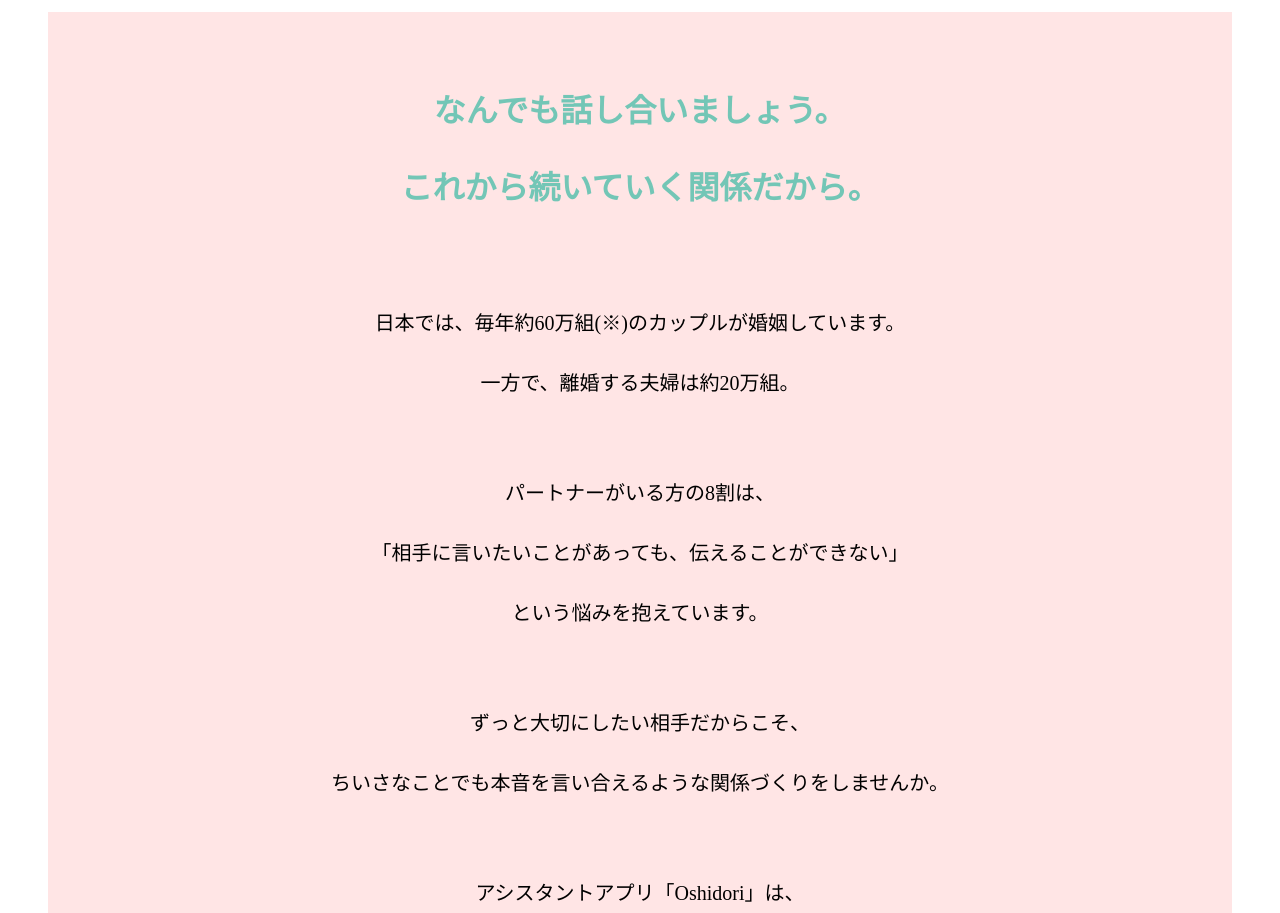
Repository: YamaTatsu10969/Oshidori_LP
Page: Oshidori.html
These files come from the project's save history. The page is drawn as it stood at one moment and after a run of saves; the edit follows.
The browser window is 1280 px wide. The pictures show the part of the page from y = 0 to 913 px (the page is 3272 px tall before and 2492 px after).
A picture or video elsewhere on the page could not be fetched, so the positions and the page height are approximate.

Above is the page before, as saved 2019-05-25 23:47:35.

### Oshidori.html
<!DOCTYPE html>
<html lang="ja">

<head>
    <meta charset="utf8" />
    <meta data-n-head="true" data-hid="viewport" name="viewport" content="width=device-width, initial-scale=1" />

    <!-- 外部CSS読み込み -->
    <link rel="stylesheet" type="text/css" href="oshidori.css" />
    <link rel="stylesheet" type="text/css" href="oshidori.css" />
    <title>Oshidori</title>
</head>

<body>
    <blockquote>

        <div class="common-container">
            <div class="couple-discription-title">
                <p>
                    なんでも話し合いましょう。
                </p>
                <p>これから続いていく関係だから。</p>
            </div>
            <div class="couple-discription">
                <p>日本では、毎年約60万組(※)のカップルが婚姻しています。</p>
                <p>一方で、離婚する夫婦は約20万組。</p>
                <br /><br />
                <p>パートナーがいる方の8割は、</p>
                <p>「相手に言いたいことがあっても、伝えることができない」</p>
                <p>という悩みを抱えています。</p>
                <br /><br />
                <p>ずっと大切にしたい相手だからこそ、</p>
                <p>
                    ちいさなことでも本音を言い合えるような関係づくりをしませんか。
                </p>
                <br /><br />
                <p>アシスタントアプリ「Oshidori」は、</p>
                <p>パートナーとの素敵な関係づくりを応援します。</p>
            </div>
            <div class="data-annotation">
                <p>
                    ※1 厚生労働省 平成30年人口動態統計の年間推計
                </p>
                <p>
                    ※2 パートナーがいる方400名にアンケート
                </p>
            </div>
        </div>

        <div class="common-container">
            <div class="category-title">アプリの機能</div>
            <div class="function-container">
                <div class="function-title-container">
                    <div class="function-number-container">
                        <div class="function-number-circle">
                            <p class="function-number">1</p>
                        </div>
                    </div>
                    <div class="function-title-box">
                        <p class="function-sub-title">パートナーにお手紙を送る</p>
                        <p class="function-main-title">メッセンジャー</p>
                    </div>
                </div>
                <div class="function-second-container">
                    <div class="discription-container">
                        <p class="discription">
                            キャラクター「おしどりちゃん」に、<br />パートナーに言いたいことを伝えましょう。<br /><br />日々の感謝も、<br />ごめんなさいも、<br />直接は言いにくいことも。<br /><br />おしどりちゃんがあなたに代わって<br />メッセージをお届けします。
                        </p>
                    </div>
                    <div class="screenshot-container">
                        <img class="screenshot"
                            src="https://storage.googleapis.com/production-os-assets/assets/b4ccea48-72f2-408b-b13f-607bd91c3bba" />
                    </div>
                </div>
            </div>
            <div class="function-container">
                <div class="function-title-container">
                    <div class="function-number-container">
                        <div class="function-number-circle">
                            <p class="function-number">2</p>
                        </div>
                    </div>
                    <div class="function-title-box">
                        <p class="function-sub-title">みんなのお手紙が見れる</p>
                        <p class="function-main-title">タイムライン</p>
                    </div>
                </div>
                <div class="function-second-container">
                    <div class="discription-container">
                        <p class="discription">
                            「みんなは、どんな風にパートナーと<br />コミュニケーションを取っているんだろう」
                            <br /><br />アプリでは、他のひとがどんなことを日々<br />パートナーに伝えているのか<br />匿名のタイムラインを見ることができます。<br /><br />ありがとうのバリエーションを増やしたり、<br />パートナーへのお願いごとの参考にしたり。<br /><br />いいねの話する？どうしよ。
                        </p>
                    </div>
                    <div class="screenshot-container">
                        <img class="screenshot"
                            src="https://storage.googleapis.com/production-os-assets/assets/b410fa60-d9aa-4390-a7ce-60d663a021e7" />
                    </div>
                </div>
            </div>
        </div>

        <div class="common-container">
            <div class="couple-discription-title">
                <p>
                    はじめよー！
                </p>
            </div>
            <div class="app-store-container">
                <img
                    src="https://storage.googleapis.com/production-os-assets/assets/0e5cd2e5-9d30-45c1-a054-06c7d8aa53ff" />
            </div>
        </div>

        <div class="common-container">
            <div class="category-title">
                制作者紹介
            </div>
            <div class="developer-container"></div>
        </div>
        <blockquote>

</body>

</html>

### Oshidori.css
@charset "UTF-8";

/* なんでも話し合いましょう、のところ*/
.couple-discription-title {
    padding: 20px;
}

@media screen and (max-width: 750px) {
    .couple-discription-title {
        padding: 10px;
    }
}

div.couple-discription-title>p {
    line-height: 1.4;
    font-weight: 700;
    font-size: 32px;
    color: #73c6b6;
    text-align: center;
}

/* 480px以下、モバイル用。 */
@media screen and (max-width: 750px) {
    div.couple-discription-title>p {
        line-height: 1.4;
        font-weight: 700;
        font-size: 24px;
        color: #73c6b6;
        text-align: center;
    }
}

/* 説明のところ */
.couple-discription {
    padding: 20px 16px 20px 16px;
}

@media screen and (max-width: 750px) {
    .couple-discription {
        padding: 15px 10px 15px 10px;
    }
}

div.couple-discription>p {
    font-size: 20px;
    line-height: 2;
    text-align: center;
}

/* 480px以下、モバイル用。 */
@media screen and (max-width: 750px) {
    div.couple-discription>p {
        font-size: 14px;
        line-height: 1.8;
        text-align: center;
    }
}

/* アンケートの注意書き */
.data-annotation {
    padding: 5px 0px 5px 0px;
}



/* 480px以下、モバイル用。 */
@media screen and (max-width: 750px) {
    div.data-annotation>p {
        font-size: 9px;
        line-height: 1.2;
        text-align: center;
    }
}

/* アプリの機能すべて、なんでも〜、すべて */
.common-container {
    padding: 25px 0px 25px 0px;
    min-width: calc(100% - 300px);
}

/* 480px以下、モバイル用。 */
@media screen and (max-width: 750px) {
    .common-container {
        padding: 10px 0px 10px 0px;
        min-width: calc(100% - 100px);
    }
}

/* アプリの機能、とかのタイトル */
.category-title {
    font-size: 32px;
    text-align: center;
    margin: 32px 0px 32px 0px;
}

@media screen and (max-width: 750px) {
    .category-title {
        font-size: 20px;
        text-align: center;
        margin: 20px 0px 20px 0px;
    }
}

/*みどりわく*/
.function-container {
    align-content: center;
    border-bottom: solid 4px #73c6b6;
    border-left: solid 4px #73c6b6;
    border-right: solid 4px #73c6b6;
    border-top: solid 4px #73c6b6;
    border-radius: 15px;
    padding: 20px 20px 30px 20px;
    display: flex;
    flex-direction: column;
    align-items: center;
    margin: 0px 14px 20px 14px;
}

/* 機能のタイトル部分のコンテナ。 */
.function-title-container {
    display: flex;
    flex-direction: row;
    align-items: center;
    padding: 10px;
}

.function-title-box {
    display: flex;
    flex-direction: column;
    align-items: center;
    margin-left: 10px;
}

/* パートナーとのやりとり */
.function-sub-title {
    font-size: 18px;
}

/* 480px以下、モバイル用。 */
@media screen and (max-width: 750px) {
    .function-sub-title {
        font-size: 14px;
    }
}

/* メッセージ機能 */
.function-main-title {
    font-size: 24px;
    font-weight: 700;
}

/* 480px以下、モバイル用。 */
@media screen and (max-width: 750px) {
    .function-main-title {
        font-size: 18px;
        font-weight: 700;
    }
}

.function-number-container {
    align-content: center;
    align-items: center;
    background: #73c6b6;
    border-radius: 50%;
    flex: none;
    flex-direction: column;
    flex-wrap: nowrap;
    height: 50px;
    justify-content: center;
    width: 50px;
}

/* 480px以下、モバイル用。 */
@media screen and (max-width: 750px) {
    .function-number-container {
        align-content: center;
        align-items: center;
        background: #73c6b6;
        border-radius: 50%;
        flex: none;
        flex-direction: column;
        flex-wrap: nowrap;
        height: 30px;
        justify-content: center;
        width: 30px;
    }
}

/* 番号のところ */
.function-number-circle {
    height: 50px;
    width: 50px;
    border-radius: 50%;
    text-align: center;
}

/* 480px以下、モバイル用。 */
@media screen and (max-width: 750px) {
    .function-number-circle {
        height: 30px;
        width: 30px;
        border-radius: 50%;
        text-align: center;
    }
}

/* まるのなかの数字 */
.function-number {
    color: #ffffff;
    font-family: Lato;
    font-size: 28px;
    font-weight: 900;
    text-align: center;
    max-width: 100%;
    justify-content: center;
}

/* 480px以下、モバイル用。 */
@media screen and (max-width: 750px) {
    .function-number {
        color: #ffffff;
        font-family: Lato;
        font-size: 12px;
        font-weight: 700;
        text-align: center;
        max-width: 100%;
        justify-content: center;
    }
}

/* 機能の説明と画像のcontainer */
/* スマホ用 */
.function-second-container {
    display: flex;
    flex-direction: column-reverse;
    /*縦*/
    align-items: center;
    padding: 10px 0px 10px 0px;
    flex-wrap: nowrap;
    justify-content: space-between;
}

/* 480px以上はPC用レイアウト */
@media screen and (min-width: 750px) {

    /* むむ、これだけminになっちゃっとる…*/
    .function-second-container {
        display: flex;
        flex-direction: row;
        /* 横 */
        align-items: center;
        padding: 20px 0px 30px 0px;
        justify-content: space-between;
    }
}

/* アプリの細かい説明のところ、pタグ */
.discription {
    font-size: 20px;
    line-height: 1.8;
}

/* 480px以下、モバイル用。 */
@media screen and (max-width: 750px) {
    .discription {
        font-size: 14px;
        text-align: center;
        margin-top: 10px;
        margin-bottom: 10px;
    }
}

.screenshot-container {
    display: flex;
    align-items: center;
    justify-content: center;
    max-width: calc(100% - 50px);
    width: 315px;
    margin: 10px 0px 10px 0px;
}

/* 480px以下、モバイル用。 */
@media screen and (max-width: 750px) {
    .screenshot-container {
        display: flex;
        align-items: center;
        justify-content: center;
        max-width: calc(100% - 20px);
        width: 150px;
        margin: 10px 0px 10px 0px;
    }
}

.screenshot {
    border: solid 1px #434645;
    border-radius: 5px;
    height: auto;
    width: 222px;
    max-width: 100%;
}

/* appstoreのボタン */
.app-store-container {
    text-align: center;
    /* ここから！ */
}

div.app-store-container>img {
    height: auto;
    width: 205px;
    max-width: 100%;
}

/*制作者のところの緑枠*/
.developer-container {
    align-content: center;
    border-bottom: solid 4px #73c6b6;
    border-left: solid 4px #73c6b6;
    border-right: solid 4px #73c6b6;
    border-top: solid 4px #73c6b6;
    border-radius: 15px;
    padding: 20px 20px 30px 20px;
    display: flex;
    flex-direction: row;
    align-items: center;
    margin: 0px 14px 20px 14px;
}

.function-description {
    flex-direction: column;
}

.function-description-text {
    align-content: center;
}

blockquote {
    background: #ffe5e5;
    font-size: 12px;
}

### reset.css
@charset "UTF-8";

html,
body,
div,
span,
object,
iframe,
h1,
h2,
h3,
h4,
h5,
h6,
p,
blockquote,
pre,
abbr,
address,
cite,
code,
del,
dfn,
em,
ins,
kbd,
q,
samp,
small,
strong,
sub,
sup,
var,
b,
i,
dl,
dt,
dd,
ol,
ul,
li,
fieldset,
form,
label,
legend,
table,
caption,
tbody,
tfoot,
thead,
tr,
th,
td,
article,
aside,
canvas,
details,
figcaption,
figure,
footer,
header,
hgroup,
menu,
nav,
section,
summary,
time,
mark,
audio,
video {
    margin: 0;
    padding: 0;
    border: 0;
    outline: 0;
    font-size: 100%;
    vertical-align: baseline;
    background: transparent;
    font-weight: normal;
}

img {
    margin: 0;
    padding: 0;
    border: 0;
    outline: 0;
    font-size: 100%;
    vertical-align: bottom;
    background: transparent;
}

/* HTML5 display-role reset for older browsers */
article,
aside,
details,
figcaption,
figure,
footer,
header,
hgroup,
menu,
nav,
section {
    display: block;
}

body {
    line-height: 1;
}

ol,
ul {
    list-style: none;
}

blockquote,
q {
    quotes: none;
}

blockquote:before,
blockquote:after,
q:before,
q:after {
    content: '';
    content: none;
}

table {
    border-collapse: collapse;
    border-spacing: 0;
}

ol,
ul {
    list-style: none;
}

blockquote,
q {
    quotes: none;
}

a {
    margin: 0;
    padding: 0;
    font-size: 100%;
    vertical-align: baseline;
    background: transparent;
    text-decoration: none;
}

ins {
    background-color: #ff9;
    color: #000;
    text-decoration: none;
}

.clearfix:after {
    content: ".";
    display: block;
    height: 0;
    clear: both;
    visibility: hidden;
}

.clearfix {
    display: inline-table;
    min-height: 1%;
}

.clear {
    clear: both;
}

After the next 2 saves:
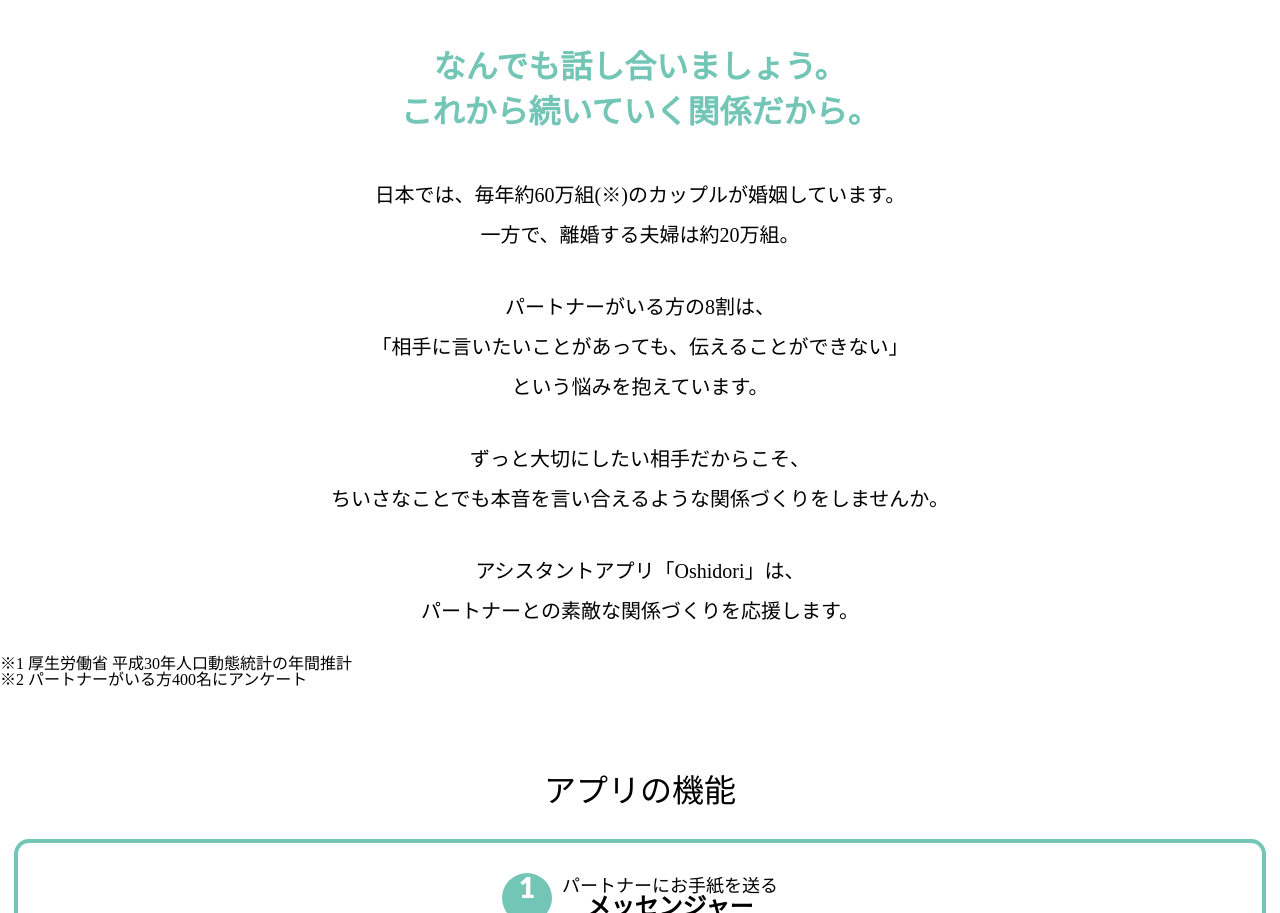
The 2 saves are shown as one change because they came seconds apart.
The last was saved 9 s later.
--- a/Oshidori.html
+++ b/Oshidori.html
@@ -6,8 +6,8 @@
     <meta data-n-head="true" data-hid="viewport" name="viewport" content="width=device-width, initial-scale=1" />
 
     <!-- 外部CSS読み込み -->
-    <link rel="stylesheet" type="text/css" href="oshidori.css" />
-    <link rel="stylesheet" type="text/css" href="oshidori.css" />
+    <link rel="stylesheet" type="text/css" href="Oshidori.css" />
+    <link rel="stylesheet" type="text/css" href="reset.css" />
     <title>Oshidori</title>
 </head>
 
